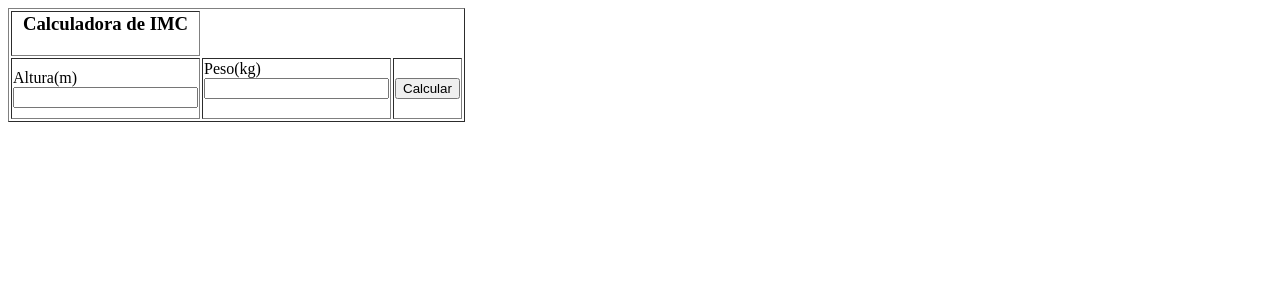
Repository: Patriciamativi/Projetos
Page: index.html
The author's editor kept a copy of each file at every save. The page is drawn from the files as they stood at one save, then again after the next save.
The browser window is 1280 px wide. The pictures show the whole page.

Above is the page before, as saved 2022-11-17 21:40:21.

After the next save:
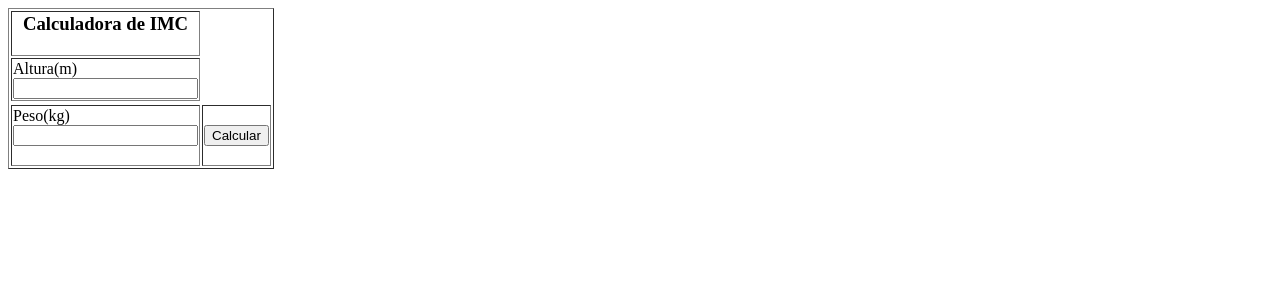
Saved 5 s later.
--- a/index.html
+++ b/index.html
@@ -16,7 +16,7 @@
         <td>Altura(m)<br/>
             <div class="classeTexto" color:"green;"><input type: "number" ></br></td>
 
-        <td>Peso(kg)<br/>
+        <tr></tr><td>Peso(kg)<br/>
             <input type: "number" > </br></br></td>
 
         <td><input type= "submit" value="Calcular"></td>
